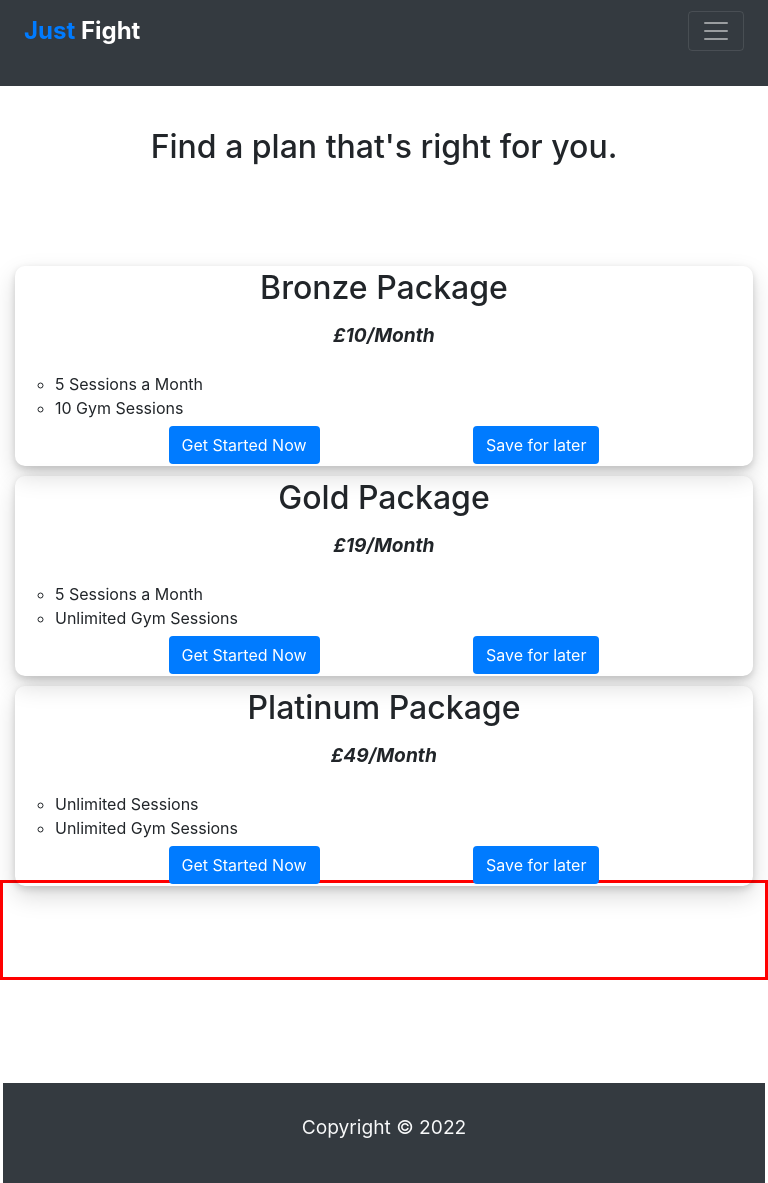
Repository: IonPara/Just-Fight
Page: plans.html
These files come from the project's save history. The page is drawn as it stood at one moment and after the next save; the edit follows.
The browser window is 768 px wide. The pictures show the whole page.
Some web libraries are served in a nearby version.

Above is the page before, as saved 2023-03-13 16:47:53.

### plans.html
<!DOCTYPE html>
<html lang="en">

<head>
  <meta charset="utf-8">
  <meta name="viewport" content="width=device-width, initial-scale=1.0">
  <title>Join Club</title>
  <link href="./Styles/plans.css" rel="stylesheet" type="text/css">
  <!-- Bootstrap link -->
  <link rel="stylesheet" href="https://cdn.jsdelivr.net/npm/bootstrap@4.2.1/dist/css/bootstrap.min.css"
    integrity="sha384-GJzZqFGwb1QTTN6wy59ffF1BuGJpLSa9DkKMp0DgiMDm4iYMj70gZWKYbI706tWS" crossorigin="anonymous">
</head>

<body>
  <header>
    <!-- ------------Nav bar ------------------------>
    <nav class="navbar navbar-expand-lg navbar-dark bg-dark fixed-top">
      <div class="container pb-4">
        <a class="navbar-brand " id="brand" href="./index.html"><span class="text-primary">Just </span> Fight</a>
        <button class="navbar-toggler" type="button" data-toggle="collapse" data-target="#navbarSupportedContent"
          aria-controls="navbarSupportedContent" aria-expanded="false" aria-label="Toggle navigation">
          <span class="navbar-toggler-icon"></span>
        </button>
      </div>

      <div class="collapse navbar-collapse" id="navbarSupportedContent">
        <ul class="navbar-nav justify-content-end">
          <li class="nav-item">
            <a class="nav-link" href="./index.html">Home</a>
          </li>
          <li class="nav-item">
            <a class="nav-link" href="./index.html#ourClasses">Classes</a>
          </li>
          <li class="nav-item">
            <a class="nav-link" href="./index.html#openingHours">Opening</a>
          </li>
          <li class="nav-item">
            <a class="nav-link" href="./index.html#coaches">Coaches</a>
          </li>
          <li class="nav-item">
            <a class="nav-link" href="./index.html#contact">Contact</a>
          </li>
          <li class="nav-item">
            <a class="nav-link" href="./about.html">About</a>
          </li>
          <li class="nav-item">
            <a class="nav-link" href="./review.html">Review</a>
          </li>

        </ul>
      </div>
    </nav>
  </header>

  <!-- Plans -->
  <div class="plans-container  d-flex flex-column jusify-between">

    <section class="pricing-table">
      <div class="head text-center">
        <h1 class="plans-title pt-5">Find a plan that's right for you.</h1>
      </div>
      <!-- First Box -->
      <div class="mt-5">
        <ul class="container plans">
          <li class="package">
            <h2 class="table-header">Bronze Package</h2>
            <p class="pricing text-center">£10/Month</p>
            <ul class="table-option">
              <li>5 Sessions a Month</li>
              <li>10 Gym Sessions</li>
            </ul>

            <div class="d-flex buttons-container">
              <button type="button" class="btn  bg-primary text-white">Get Started Now</button>
              <button type="button" class="bronze btn bg-primary text-white save-for-later">Save for later</button>
            </div>
          </li>

          <!-- Second -->
          <li class="package ">
            <h2 class="table-header">Gold Package</h2>
            <p class="pricing text-center">£19/Month</p>
            <ul class="table-option">
              <li>5 Sessions a Month</li>
              <li>Unlimited Gym Sessions</li>
            </ul>

            <div class="d-flex buttons-container">
              <button type="button" class=" btn  bg-primary text-white">Get Started Now</button>
              <button type="button" class=" gold btn bg-primary text-white save-for-later">Save for later</button>
            </div>
          </li>

          <!-- Third Box -->
          <li class="package ">
            <h2 class="table-header">Platinum Package</h2>
            <p class="pricing text-center">£49/Month</p>
            <ul class="options">
              <li>Unlimited Sessions</li>
              <li>Unlimited Gym Sessions</li>
            </ul>

            <div class="d-flex buttons-container">
              <button type="button" class="btn  bg-primary text-white">Get Started Now</button>
              <button type="button" class=" platinum btn bg-primary text-white save-for-later">Save for later</button>
            </div>
          </li>

        </ul>
      </div>
    </section>
  </div>
  <!-- Footer -->
  <div class="footer-container">
    <footer class="bg-dark plans-footer text-center text-light ">
      <p>Copyright &copy; 2022</p>
    </footer>
  </div>
  <script defer src="./Js/plans.js"></script>
  <script src="https://code.jquery.com/jquery-3.3.1.slim.min.js"
    integrity="sha384-q8i/X+965DzO0rT7abK41JStQIAqVgRVzpbzo5smXKp4YfRvH+8abtTE1Pi6jizo"
    crossorigin="anonymous"></script>
  <script src="https://cdn.jsdelivr.net/npm/popper.js@1.14.6/dist/umd/popper.min.js"
    integrity="sha384-wHAiFfRlMFy6i5SRaxvfOCifBUQy1xHdJ/yoi7FRNXMRBu5WHdZYu1hA6ZOblgut"
    crossorigin="anonymous"></script>
  <script src="https://cdn.jsdelivr.net/npm/bootstrap@4.2.1/dist/js/bootstrap.min.js"
    integrity="sha384-B0UglyR+jN6CkvvICOB2joaf5I4l3gm9GU6Hc1og6Ls7i6U/mkkaduKaBhlAXv9k"
    crossorigin="anonymous"></script>
  <script src="https://unpkg.com/swup@latest/dist/swup.min.js"></script>
</body>

</html>

### Styles/plans.css

#brand {
  font-size: 1.5rem;
  font-weight: bolder;
}

.container {
  display: flex;
  justify-content: space-around;
  list-style: none;
}

.plans {
  margin-top: 100px;
  min-width: 100%;
  flex-wrap: wrap;
}

 .pricing-table {
  margin-top: 5rem;
  min-height: 100dvh;
}

/* ------------Package boxes ----------------*/
.package {
  box-shadow: 0 10px 25px 0 rgb(0 0 0 / 15%), 0 3px 7px 0 rgb(0 0 0 / 15%);
  width: 280px;
  height: 300px;
  display: flex;
  flex-direction: column;
  justify-content: space-around;
  border-radius: 10px;

}

h2 {
  text-align: center;
}

.package .pricing {
  font-size: larger;
  font-weight: bold;
  font-style: italic;
}

.package:hover {
  -webkit-transform: scale(0.5);
   transform: scale(1.05);
}

/*----------------- Footer---------------------- */
footer p {
  padding: 30px;
  font-size: larger;
  height: 100px;
}


.plans-container {
  display: flex;
  justify-content: space-between;
}

.buttons-container {
  justify-content: space-evenly;
}

/* Media Screen */
@media screen and (max-width:768px) {

  .plans-title {
    font-size: 2rem;
  }
  .container {
    display: block;
  }

  .package {
    margin-top: 10px;
    width: 100%;
    height: 200px;
  }

  .pricing-table {
    height: 90vh;
  }

  .plans-footer {
    margin-top: 200px;
    margin-bottom: none !important;
  }

  .footer-container {
    border: solid red;
    max-height: 100px;
  }

}

### Js/plans.js

// Select all of the buttons
const saveBtn = document.querySelectorAll('.save-for-later');

let bronze = true;
let gold = true;
let platinum = true;

// Create an event listener for each button
saveBtn.forEach(element => {
    element.addEventListener('click', (event) => {
        const package = event.target.classList[0];

        // Create a function that will set the items from the local storage to true
            // It will take 2 arguments "string" and "item"
            // If the first class name of the event's target is equal "string"
            // Find it on localStorage and set equal to "item"
        const setItems = (string, item) => {
            if(package === string) {
                localStorage.setItem(package, JSON.stringify(item))
            }
        }

        // Called the function with all 3 values
        setItems('bronze', bronze);
        setItems('gold', gold);
        setItems('platinum', platinum);

        // Create an alert that the package was successfully added
        alert('The package was successfully saved!')
    })
});

After the next save:
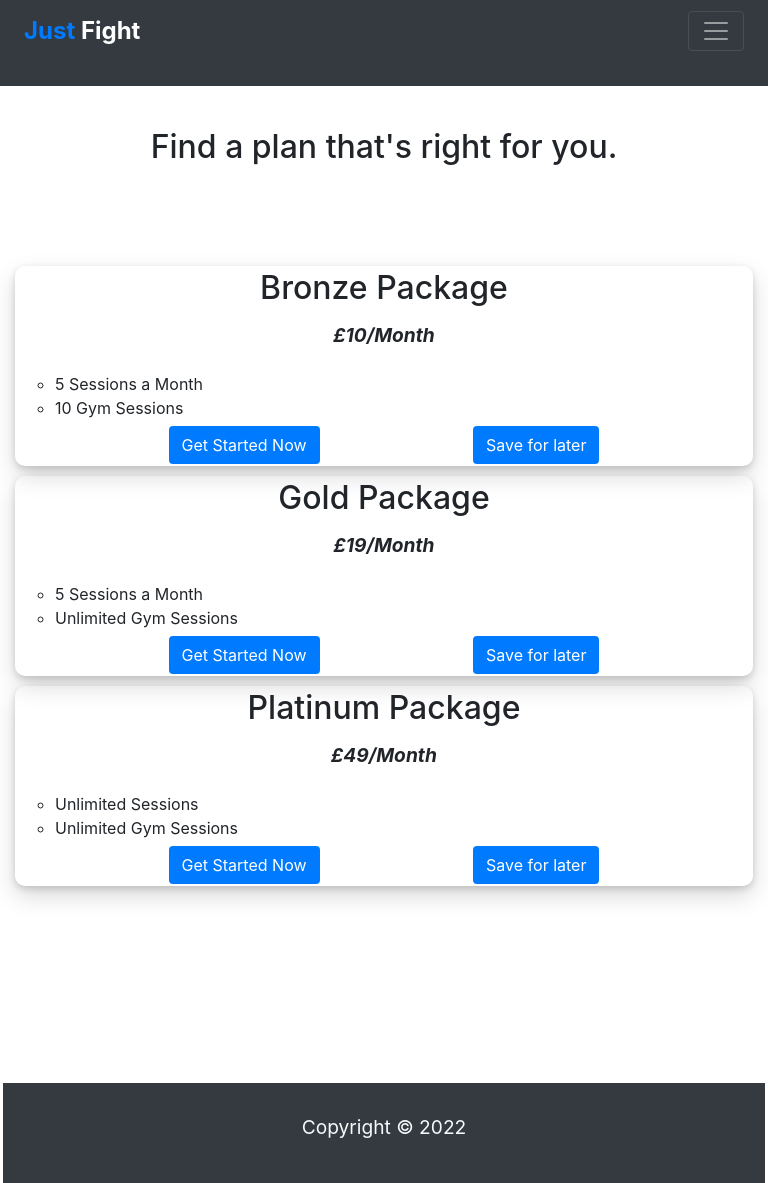
Saved 29 s later.
--- a/Styles/plans.css
+++ b/Styles/plans.css
@@ -91,7 +91,7 @@ footer p {
   }
 
   .footer-container {
-    border: solid red;
+    border: solid transparent;
     max-height: 100px;
   }
 
